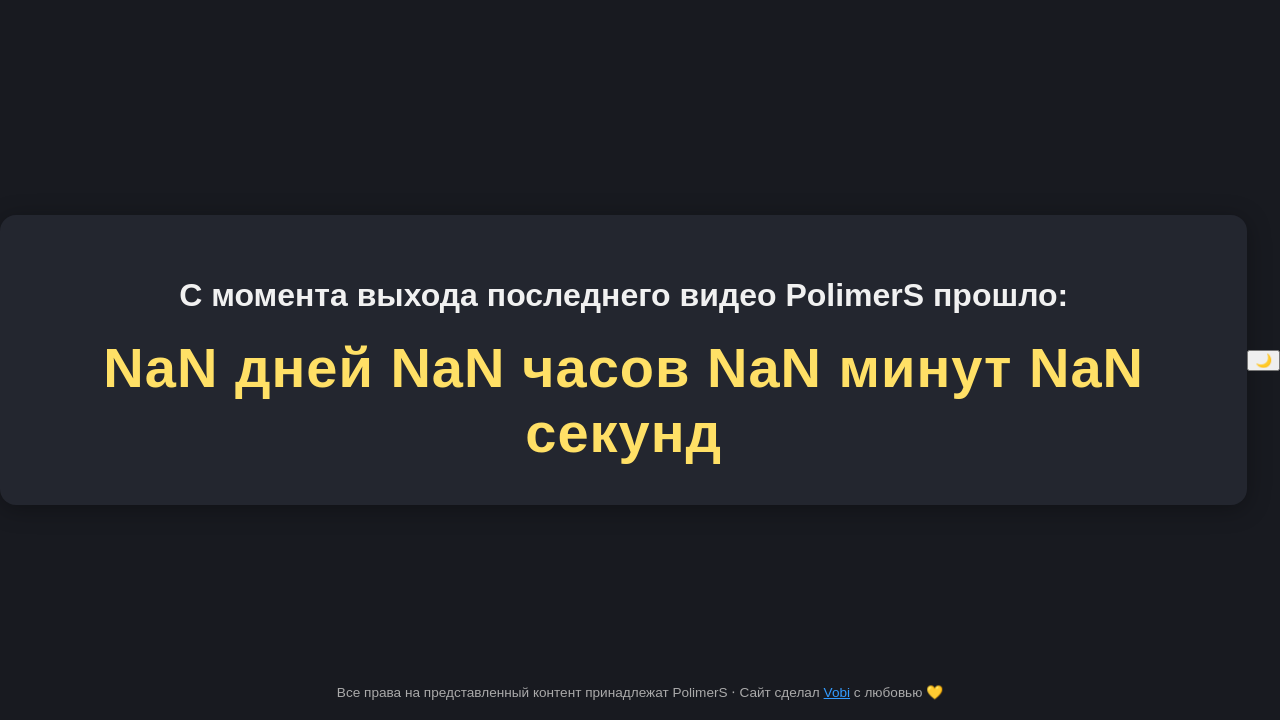
Repository: oncube-dev/OnCube-dev_website
Page: timer_from_Poli_video/app/templates/index.html
An editor plug-in stored every save of this project. The page is shown before and after the next save, followed by the edit.
The browser window is 1280 px wide. The pictures show the whole page.

Above is the page before, as saved 2025-07-18 01:28:10.

### timer_from_Poli_video/app/templates/index.html
<!DOCTYPE html>
<html lang="ru">
<head>
    <meta charset="UTF-8">
    <title>Платон, когда видео?</title>
    <link rel="stylesheet" href="/static/style.css">
</head>
<body>
    <div class="timer-container">
        <h1>С момента выхода последнего видео PolimerS прошло:</h1>
        <div id="timer">Загрузка...</div>
    </div>
    <button id="theme-toggle" class="theme-toggle-btn" title="Переключить тему">🌙</button>
    <footer class="footer-note">
        Все права на представленный контент принадлежат PolimerS ⋅ Сайт сделал <a href="https://vobi.bio.link/" target="_blank" style="text-decoration:underline;">Vobi</a> с любовью 💛
    </footer>
    <script>
        // Получаем стартовую дату из шаблона
        const startDate = new Date("{{ start_date }}");
        function updateTimer() {
            const now = new Date();
            let diff = now - startDate;
            if (diff < 0) diff = 0;
            let seconds = Math.floor(diff / 1000);
            const days = Math.floor(seconds / (24 * 3600));
            seconds %= 24 * 3600;
            const hours = Math.floor(seconds / 3600);
            seconds %= 3600;
            const minutes = Math.floor(seconds / 60);
            seconds %= 60;
            document.getElementById('timer').textContent = `${days} дней ${hours} часов ${minutes} минут ${seconds} секунд`;
        }
        setInterval(updateTimer, 1000);
        updateTimer();

        // --- Theme toggle ---
        const toggleBtn = document.getElementById('theme-toggle');
        const darkClass = 'dark-theme';
        function setTheme(isDark) {
            if (isDark) {
                document.body.classList.add(darkClass);
                toggleBtn.textContent = '☀️';
            } else {
                document.body.classList.remove(darkClass);
                toggleBtn.textContent = '🌙';
            }
        }
        // Сохраняем выбор темы
        let isDark = localStorage.getItem('theme') === 'dark';
        setTheme(isDark);
        toggleBtn.onclick = () => {
            isDark = !isDark;
            setTheme(isDark);
            localStorage.setItem('theme', isDark ? 'dark' : 'light');
        };
    </script>
</body>
</html>

### timer_from_Poli_video/app/static/style.css
body {
    background: #181a20;
    color: #f1f1f1;
    font-family: Arial, sans-serif;
    margin: 0;
    padding: 0;
    height: 100vh;
    display: flex;
    align-items: center;
    justify-content: center;
}

.timer-container {
    background: #23262f;
    padding: 40px 60px;
    border-radius: 16px;
    box-shadow: 0 4px 24px rgba(0,0,0,0.32);
    text-align: center;
    color: #f1f1f1;
}

.timer-container h1 {
    font-size: 2rem;
    font-weight: bold;
    color: #f1f1f1;
}

#timer {
    font-size: 3.5rem;
    font-weight: bold;
    margin-top: 8px;
    color: #ffe066;
    letter-spacing: 1px;
}

.footer-note {
    font-size: 0.85rem;
    color: #aaa;
    text-align: center;
    position: fixed;
    left: 0;
    width: 100vw;
    bottom: 20px;
    margin: 0;
    z-index: 100;
    box-sizing: border-box;
}

.footer-note a {
    color: #339cff;
    text-decoration: underline;
}

After the next save:
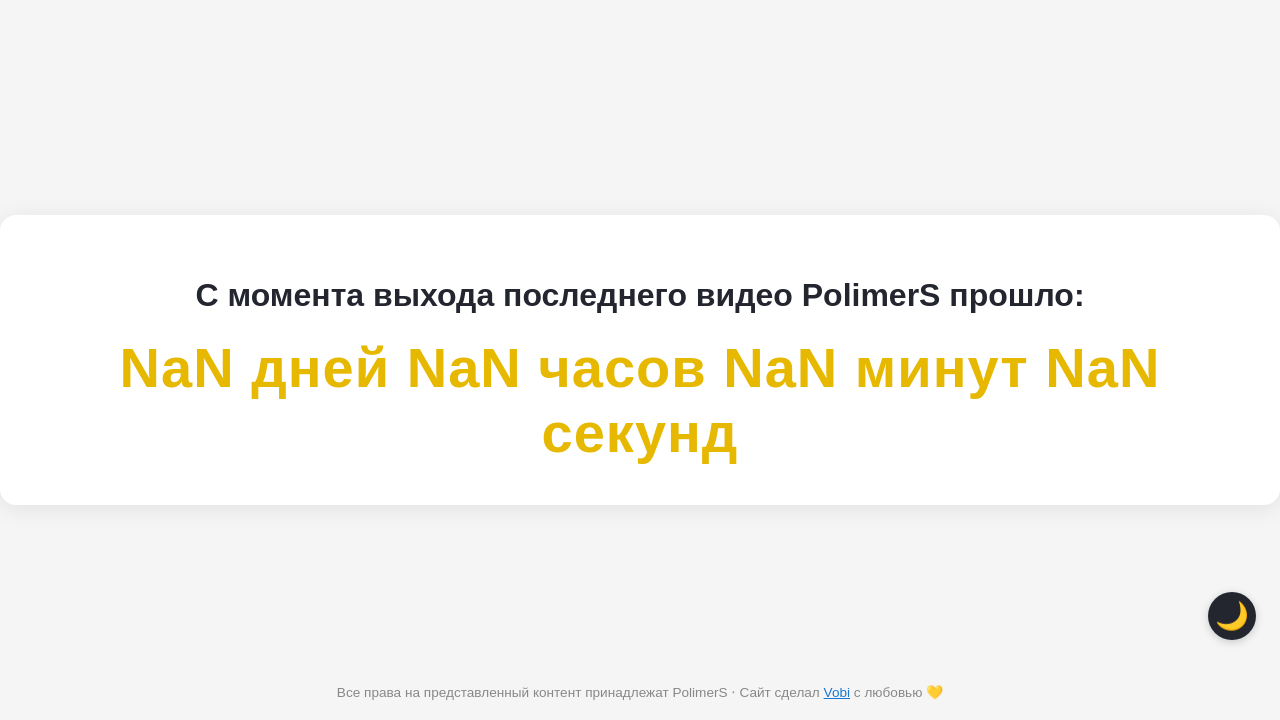
Saved 20 s later.
--- a/timer_from_Poli_video/app/static/style.css
+++ b/timer_from_Poli_video/app/static/style.css
@@ -50,3 +50,71 @@
     color: #339cff;
     text-decoration: underline;
 }
+
+/* Кнопка переключения темы */
+.theme-toggle-btn {
+    position: fixed;
+    right: 24px;
+    bottom: 80px;
+    z-index: 200;
+    background: #23262f;
+    color: #ffe066;
+    border: none;
+    border-radius: 50%;
+    width: 48px;
+    height: 48px;
+    font-size: 1.7rem;
+    cursor: pointer;
+    box-shadow: 0 2px 8px rgba(0,0,0,0.18);
+    transition: background 0.2s, color 0.2s;
+}
+.theme-toggle-btn:hover {
+    background: #ffe066;
+    color: #23262f;
+}
+
+/* Светлая тема по умолчанию */
+body {
+    background: #f5f5f5;
+    color: #23262f;
+}
+.timer-container {
+    background: #fff;
+    color: #23262f;
+    box-shadow: 0 4px 24px rgba(0,0,0,0.08);
+}
+.timer-container h1 {
+    color: #23262f;
+}
+#timer {
+    color: #e6b800;
+}
+.footer-note {
+    color: #888;
+}
+.footer-note a {
+    color: #1976d2;
+}
+
+/* Тёмная тема */
+body.dark-theme {
+    background: #181a20;
+    color: #f1f1f1;
+}
+.dark-theme .timer-container {
+    background: #23262f;
+    color: #f1f1f1;
+    box-shadow: 0 4px 24px rgba(0,0,0,0.32);
+}
+.dark-theme .timer-container h1 {
+    color: #f1f1f1;
+}
+.dark-theme #timer {
+    color: #ffe066;
+}
+.dark-theme .footer-note {
+    color: #aaa;
+}
+.dark-theme .footer-note a {
+    color: #339cff;
+}
